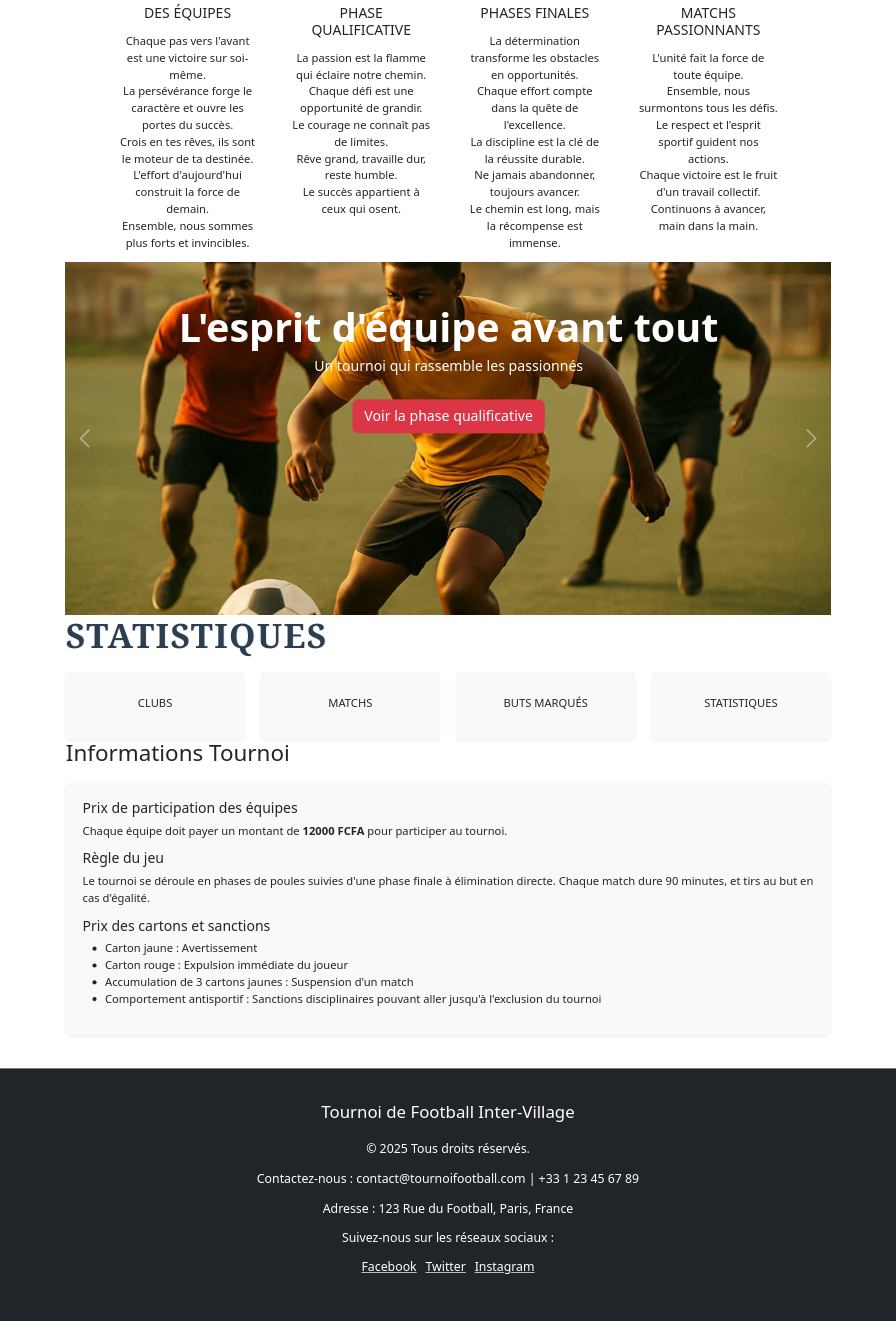
Repository: KILAYOSSI/tournoi_foot
Page: templates/pages/home.html.twig
These files come from the project's save history. The page is drawn as it stood at one moment and after the next save; the edit follows.
The browser window is 1280 px wide. The pictures show the part of the page from y = 655 to 2575 px (the page is 2543 px tall before and 2575 px after), at 70% of full size.
The page is a Twig template of a Symfony application; nobody is signed in and links lead nowhere. The template is opened directly, without the code that normally fills it, so the values that code supplies are empty.

Above is the page before, as saved 2025-06-27 02:02:31.

### templates/pages/home.html.twig
{% extends 'base.html.twig' %}

{% block title %}Accueil - Tournoi de Football Inter-Village{% endblock %}

{% block body %}
<div class="container my-5">
    <section class="hero-section position-relative rounded overflow-hidden mb-5" style="height: 400px; border-radius: 0.5rem; background: url('{{ asset('assets/WhatsApp Image 2025-06-25 à 09.55.04_cf4f687a.jpg') }}') center center / cover no-repeat;">
        <div class="overlay position-absolute top-0 start-0 w-100 h-100" style="background: rgba(0, 0, 0, 0.5);"></div>
        <div class="hero-content position-relative h-100 d-flex flex-column justify-content-end align-items-center text-white text-center px-3">
            <a href="{{ path('about') }}" class="btn btn-outline-light btn-lg rounded-pill" style="font-weight: 700; letter-spacing: 0.1em; margin-right: 1010px; margin-top: -10px; margin-bottom: 10px;">En savoir plus</a>
            <div class="ticker-container mt-3 w-100" style="position: relative; background-color: rgba(255, 255, 255, 0.8); height: 40px; margin-top: 10px;">
                <div class="ticker-text">
                    Le prix de participation du tournoi est de 12000 FCFA. &nbsp;&nbsp;&nbsp;
                    Chaque équipe doit respecter les règles du jeu. &nbsp;&nbsp;&nbsp;
                    Les matchs durent 90 minutes avec prolongations si nécessaire. &nbsp;&nbsp;&nbsp;
                    Les cartons jaunes et rouges sont strictement appliqués. &nbsp;&nbsp;&nbsp;
                    Le fair-play est essentiel pour le bon déroulement du tournoi. &nbsp;&nbsp;&nbsp;
                </div>
            </div>
        </div>
    </section>
    <div class="icons-container mt-3">
        <div class="d-flex justify-content-center gap-5 flex-wrap text-center">
            <a href="{{ path('clubs_joueurs') }}" class="icon-text text-decoration-none text-dark" style="max-width: 200px;">
                <img src="{{ asset('assets/WhatsApp Image 2025-06-26 à 22.33.43_6d2c76fa.jpg') }}" alt="Icone 1" class="img-fluid mb-3" style="max-height: 150px; object-fit: contain;">
                <h5 class="mb-3">DES ÉQUIPES</h5>
                <p>
                    Chaque pas vers l'avant est une victoire sur soi-même.<br>
                    La persévérance forge le caractère et ouvre les portes du succès.<br>
                    Crois en tes rêves, ils sont le moteur de ta destinée.<br>
                    L'effort d'aujourd'hui construit la force de demain.<br>
                    Ensemble, nous sommes plus forts et invincibles.
                </p>
            </a>
            <a href="{{ path('phase_qualificative') }}" class="icon-text text-decoration-none text-dark" style="max-width: 200px;">
                <img src="{{ asset('assets/WhatsApp Image 2025-06-26 à 22.33.43_91d2cb3c.jpg') }}" alt="Icone 2" class="img-fluid mb-3" style="max-height: 150px; object-fit: contain;">
                <h5 class="mb-3">PHASE QUALIFICATIVE</h5>
                <p>
                    La passion est la flamme qui éclaire notre chemin.<br>
                    Chaque défi est une opportunité de grandir.<br>
                    Le courage ne connaît pas de limites.<br>
                    Rêve grand, travaille dur, reste humble.<br>
                    Le succès appartient à ceux qui osent.
                </p>
            </a>
            <a href="{{ path('phase_finale') }}" class="icon-text text-decoration-none text-dark" style="max-width: 200px;">
                <img src="{{ asset('assets/WhatsApp Image 2025-06-26 à 22.33.45_8dd9a1c0.jpg') }}" alt="Icone 3" class="img-fluid mb-3" style="max-height: 150px; object-fit: contain;">
                 <h5 class="mb-3">PHASES FINALES</h5>
                <p>
                    La détermination transforme les obstacles en opportunités.<br>
                    Chaque effort compte dans la quête de l'excellence.<br>
                    La discipline est la clé de la réussite durable.<br>
                    Ne jamais abandonner, toujours avancer.<br>
                    Le chemin est long, mais la récompense est immense.
                </p>
            </a>
            <a href="{{ path('calendrier') }}" class="icon-text text-decoration-none text-dark" style="max-width: 200px;">
                <img src="{{ asset('assets/WhatsApp Image 2025-06-25 à 00.20.17_b34a09f6.jpg') }}" alt="Icone 4" class="img-fluid mb-3" style="max-height: 150px; object-fit: contain;">
                 <h5 class="mb-3">MATCHS PASSIONNANTS</h5>
                <p>
                    L'unité fait la force de toute équipe.<br>
                    Ensemble, nous surmontons tous les défis.<br>
                    Le respect et l'esprit sportif guident nos actions.<br>
                    Chaque victoire est le fruit d'un travail collectif.<br>
                    Continuons à avancer, main dans la main.
                </p>
            </a>
        </div>
    </div>
<section id="heroCarousel" class="carousel slide carousel-fade" data-bs-ride="carousel" data-bs-interval="3000" data-bs-pause="false" style="height: 70vh; overflow: hidden;">
        <div class="carousel-inner h-100">
            <div class="carousel-item active carousel-item" style="background: url('{{ asset('assets/WhatsApp Image 2025-06-02 à 13.04.58_57d057cd.jpg') }}') center center / cover no-repeat; height: 70vh; position: relative; animation: kenBurnsZoom 20s ease-in-out infinite;">
                <div class="carousel-caption d-flex flex-column justify-content-center align-items-center h-100 text-center text-white" style="bottom: 20%;">
                    <h1 class="display-4 fw-bold animate__animated animate__fadeInDown">Vivez la passion du football</h1>
                    <p class="lead animate__animated animate__fadeInUp">Rejoignez-nous pour un tournoi inoubliable</p>
                    <a href="{{ path('clubs_joueurs') }}" class="btn btn-primary btn-lg mt-3 animate__animated animate__fadeInUp">Découvrir les équipes</a>
                </div>
            </div>
            <div class="carousel-item carousel-item" style="background: url('{{ asset('assets/WhatsApp Image 2025-06-26 à 02.39.00_f792be52.jpg') }}') center center / cover no-repeat; height: 70vh; position: relative; animation: kenBurnsZoom 20s ease-in-out infinite;">
                <div class="carousel-caption d-flex flex-column justify-content-center align-items-center h-100 text-center text-white" style="bottom: 20%;">
                    <h1 class="display-4 fw-bold animate__animated animate__fadeInDown">L'esprit d'équipe avant tout</h1>
                    <p class="lead animate__animated animate__fadeInUp">Un tournoi qui rassemble les passionnés</p>
                    <a href="{{ path('phase_qualificative') }}" class="btn btn-danger btn-lg mt-3 animate__animated animate__fadeInUp">Voir la phase qualificative</a>
                </div>
            </div>
            <div class="carousel-item carousel-item" style="background: url('{{ asset('assets/WhatsApp Image 2025-06-26 à 22.33.44_536a08b8.jpg') }}') center center / cover no-repeat; height: 70vh; position: relative; animation: kenBurnsZoom 20s ease-in-out infinite;">
                <div class="carousel-caption d-flex flex-column justify-content-center align-items-center h-100 text-center text-white" style="bottom: 20%;">
                    <h1 class="display-4 fw-bold animate__animated animate__fadeInDown">Vivez l'émotion des phases finales</h1>
                    <p class="lead animate__animated animate__fadeInUp">Des matchs intenses et passionnants</p>
                    <a href="{{ path('phase_finale') }}" class="btn btn-success btn-lg mt-3 animate__animated animate__fadeInUp">Voir les phases finales</a>
                </div>
            </div>
        </div>
        <button class="carousel-control-prev" type="button" data-bs-target="#heroCarousel" data-bs-slide="prev" style="width: 5%;">
            <span class="carousel-control-prev-icon" aria-hidden="true"></span>
            <span class="visually-hidden">Précédent</span>
        </button>
        <button class="carousel-control-next" type="button" data-bs-target="#heroCarousel" data-bs-slide="next" style="width: 5%;">
            <span class="carousel-control-next-icon" aria-hidden="true"></span>
            <span class="visually-hidden">Suivant</span>
        </button>
    </section>

    <style>
        @keyframes kenBurnsZoom {
            0% {
                transform: scale(1) translate(0, 0);
            }
            50% {
                transform: scale(1.1) translate(10px, 10px);
            }
            100% {
                transform: scale(1) translate(0, 0);
            }
        }
        .carousel-item {
            height: 100vh;
            background-size: cover;
            background-position: center;
            position: relative;
        }
        .carousel-caption {
            bottom: 20%;
            animation: fadeInUp 1s ease-in-out;
        }
        @keyframes fadeInUp {
            from {
                opacity: 0;
                transform: translate3d(0, 40px, 0);
            }
            to {
                opacity: 1;
                transform: none;
            }
        }
        @media (max-width: 768px) {
            .carousel-caption h1 {
                font-size: 1.8rem;
            }
            .carousel-caption p {
                font-size: 1rem;
            }
            .carousel-caption .btn {
                font-size: 0.9rem;
                padding: 0.5rem 1rem;
            }
        }
    </style>




    <section>
        <h2 class="mb-4" style="font-family: 'Georgia', serif; font-weight: 700; font-size: 3rem; color: #2c3e50; text-shadow: 1px 1px 2px rgba(0,0,0,0.1); letter-spacing: 2px;">STATISTIQUES</h2>
        <div class="row text-center g-4">
            <div class="col-md-3">
                <div class="stat-card p-4 rounded shadow-sm bg-light number-font number-animated number-test">
            <h3 class="fw-bold display-1">{{ clubsCount }}</h3>
            <p>CLUBS</p>
                </div>
            </div>
            <div class="col-md-3">
                <div class="stat-card p-4 rounded shadow-sm bg-light number-font number-animated number-test">
            <h3 class="fw-bold display-1">{{ matchsCount }}</h3>
            <p>MATCHS</p>
                </div>
            </div>
            <div class="col-md-3">
                <div class="stat-card p-4 rounded shadow-sm bg-light number-font number-animated number-test">
            <h3 class="fw-bold display-1">{{ butsCount }}</h3>
            <p>BUTS MARQUÉS</p>
                </div>
            </div>
            <div class="col-md-3">
                <div class="stat-card p-4 rounded shadow-sm bg-light number-font number-animated number-test">
            <h3 class="fw-bold display-1">{{ statistiquesCount }}</h3>
            <p>STATISTIQUES</p>
                </div>
            </div>
        </div>
    </section>

    <section class="mb-5">
        <h2 class="mb-4">Informations Tournoi</h2>
        <div class="p-4 rounded shadow-sm bg-light">
            <h5>Prix de participation des équipes</h5>
            <p>Chaque équipe doit payer un montant de <strong>12000 FCFA</strong> pour participer au tournoi.</p>
            <h5>Règle du jeu</h5>
            <p>Le tournoi se déroule en phases de poules suivies d'une phase finale à élimination directe. Chaque match dure 90 minutes, et tirs au but en cas d'égalité.</p>
            <h5>Prix des cartons et sanctions</h5>
            <ul>
                <li>Carton jaune : Avertissement</li>
                <li>Carton rouge : Expulsion immédiate du joueur</li>
                <li>Accumulation de 3 cartons jaunes : Suspension d'un match</li>
                <li>Comportement antisportif : Sanctions disciplinaires pouvant aller jusqu'à l'exclusion du tournoi</li>
            </ul>
        </div>
    </section>
</div>
{% endblock %}

### templates/base.html.twig
<!DOCTYPE html>
<html lang="fr">
<head>
    <meta charset="UTF-8" />
    <meta name="viewport" content="width=device-width, initial-scale=1" />
    <title>{% block title %}Tournoi de Football Inter-Village{% endblock %}</title>
    <link href="https://cdn.jsdelivr.net/npm/bootstrap@5.3.0/dist/css/bootstrap.min.css" rel="stylesheet" />
    <link rel="stylesheet" href="{{ asset('css/style.css') }}" />
    <link rel="stylesheet" href="{{ asset('css/custom_home.css') }}" />
    {% block stylesheets %}{% endblock %}
</head>
<body>
    <header>
        <nav class="navbar navbar-expand-lg fixed-top" style="background: linear-gradient(90deg, #4b6cb7 0%, #182848 100%); box-shadow: 0 4px 6px rgba(0,0,0,0.1);">
            <div class="container">
                <a class="navbar-brand d-flex align-items-center" href="{{ path('home') }}" style="font-weight: bold; font-size: 1.5rem; color: white; text-shadow: 0 0 5px rgba(255,255,255,0.7);">
<img src="{{ asset('assets/WhatsApp Image 2025-06-23 à 13.44.55_704b8a70.jpg') }}" alt="Logo" height="80" class="d-inline-block align-text-top me-2" style="filter: drop-shadow(0 0 5px #fff); border-radius: 0.5rem; max-height: 100px; max-width: 100px; object-fit: contain;"/>
                    <span style="background: linear-gradient(45deg, #ff6a00, #ee0979); -webkit-background-clip: text; -webkit-text-fill-color: transparent;">Tournoi Foot</span>
                </a>
                <button
                    class="navbar-toggler border-0"
                    type="button"
                    data-bs-toggle="collapse"
                    data-bs-target="#megaNavbar"
                    aria-controls="megaNavbar"
                    aria-expanded="false"
                    aria-label="Toggle navigation"
                >
                    <span class="navbar-toggler-icon" style="filter: invert(1);"></span>
                </button>

                <div class="collapse navbar-collapse" id="megaNavbar">
                    <ul class="navbar-nav ms-auto mb-2 mb-lg-0 fw-semibold">
                        <li class="nav-item">
                            <a class="nav-link text-white d-flex align-items-center" href="{{ path('home') }}">
                                <i class="fas fa-home me-1"></i> Accueil
                            </a>
                        </li>
                        <li class="nav-item dropdown">
                            <a class="nav-link dropdown-toggle text-white d-flex align-items-center" href="#" id="servicesDropdown" role="button" data-bs-toggle="dropdown" aria-expanded="false">
                                <i class="fas fa-star me-1"></i> Services
                            </a>
                            <ul class="dropdown-menu dropdown-menu-dark" aria-labelledby="servicesDropdown" style="background: linear-gradient(135deg, #667eea, #764ba2); border: none; box-shadow: 0 4px 10px rgba(0,0,0,0.3);">
                                <li><a class="dropdown-item text-white" href="{{ path('vote') }}"><i class="fas fa-vote-yea me-2"></i> Vote</a></li>
                                <li><a class="dropdown-item text-white" href="{{ path('match_du_jour') }}"><i class="fas fa-futbol me-2"></i> Matchs du jour</a></li>
                                <li><a class="dropdown-item text-white" href="{{ path('statistiques') }}"><i class="fas fa-chart-bar me-2"></i> Statistiques</a></li>
                                <li><a class="dropdown-item text-white" href="{{ path('calendrier') }}"><i class="fas fa-calendar-alt me-2"></i> Calendrier</a></li>
                                <li><a class="dropdown-item text-white" href="{{ path('clubs_joueurs') }}"><i class="fas fa-users me-2"></i> Clubs & Joueurs</a></li>
                            </ul>
                        </li>
                        <li class="nav-item">
                            <a class="nav-link text-white d-flex align-items-center" href="{{ path('about') }}">
                                <i class="fas fa-info-circle me-1"></i> Qui sommes-nous ?
                            </a>
                        </li>
                        <li class="nav-item">
                            {# Suppression du menu Contact #}
                        </li>
                    </ul>
                </div>
            </div>
        </nav>
    </header>

    <main class="container my-4">
        {% block body %}{% endblock %}
    </main>

    <footer class="bg-dark text-white text-center py-5" style="min-height: 300px;">
        <div class="container">
            <h4 class="mb-4">Tournoi de Football Inter-Village</h4>
            <p>© {{ "now"|date("Y") }} Tous droits réservés.</p>
            <p>Contactez-nous : contact@tournoifootball.com | +33 1 23 45 67 89</p>
            <p>Adresse : 123 Rue du Football, Paris, France</p>
            <p>Suivez-nous sur les réseaux sociaux :</p>
            <ul class="list-inline">
                <li class="list-inline-item"><a href="#" class="text-white">Facebook</a></li>
                <li class="list-inline-item"><a href="#" class="text-white">Twitter</a></li>
                <li class="list-inline-item"><a href="#" class="text-white">Instagram</a></li>
            </ul>
        </div>
    </footer>

    <script src="https://cdn.jsdelivr.net/npm/bootstrap@5.3.0/dist/js/bootstrap.bundle.min.js"></script>
    {% block javascripts %}
    {% endblock %}
</body>
</html>

### public/css/style.css
/* Style CSS with hover effect green, enlarged statistics title and numbers */

.navbar-nav .nav-link.dropdown-toggle.fs-4.fw-bold.text-danger {
    color: #28a745 !important; /* green color */
}

.navbar-nav .dropdown-menu {
    border: 2px solid #28a745 !important; /* green border */
}

.navbar-nav .nav-link.statistiques-link {
    font-size: 1.2rem;
    font-weight: bold;
    color: #28a745 !important;
}

.cartons-table tbody tr:hover {
    transform: translateY(-5px);
    background-color: #d4edda; /* light green background on hover */
}

h1.text-center.mb-4.fw-bold {
    font-size: 2.5rem !important; /* enlarged title */
    color: #28a745 !important;
}

/* Additional styling for footer */
footer.bg-dark.text-white.text-center.py-5 {
    font-size: 1.1rem;
}

/* Add any other styles you remember from your modifications here */

### public/css/custom_home.css
.custom-margin {
    margin-right: 20px !important;
    float: left !important;
}

.margin-right-only {
    margin-right: 20px !important;
}

/* Styles pour le ticker d'informations défilantes */
.ticker-container {
    width: 100%;
    overflow: hidden;
    background-color: transparent;
    border-top: 1px solid #000;
    border-bottom: 1px solid #000;
    padding: 10px 0;
    box-sizing: border-box;
    position: relative;
    height: 30px;
}

.ticker-text {
    display: inline-block;
    white-space: nowrap;
    color: black;
    font-size: 1rem;
    position: absolute;
    will-change: transform;
    animation: ticker-scroll 15s linear infinite;
}

@keyframes ticker-scroll {
    0% {
        transform: translateX(100%);
    }
    100% {
        transform: translateX(-100%);
    }
}

After the next save:
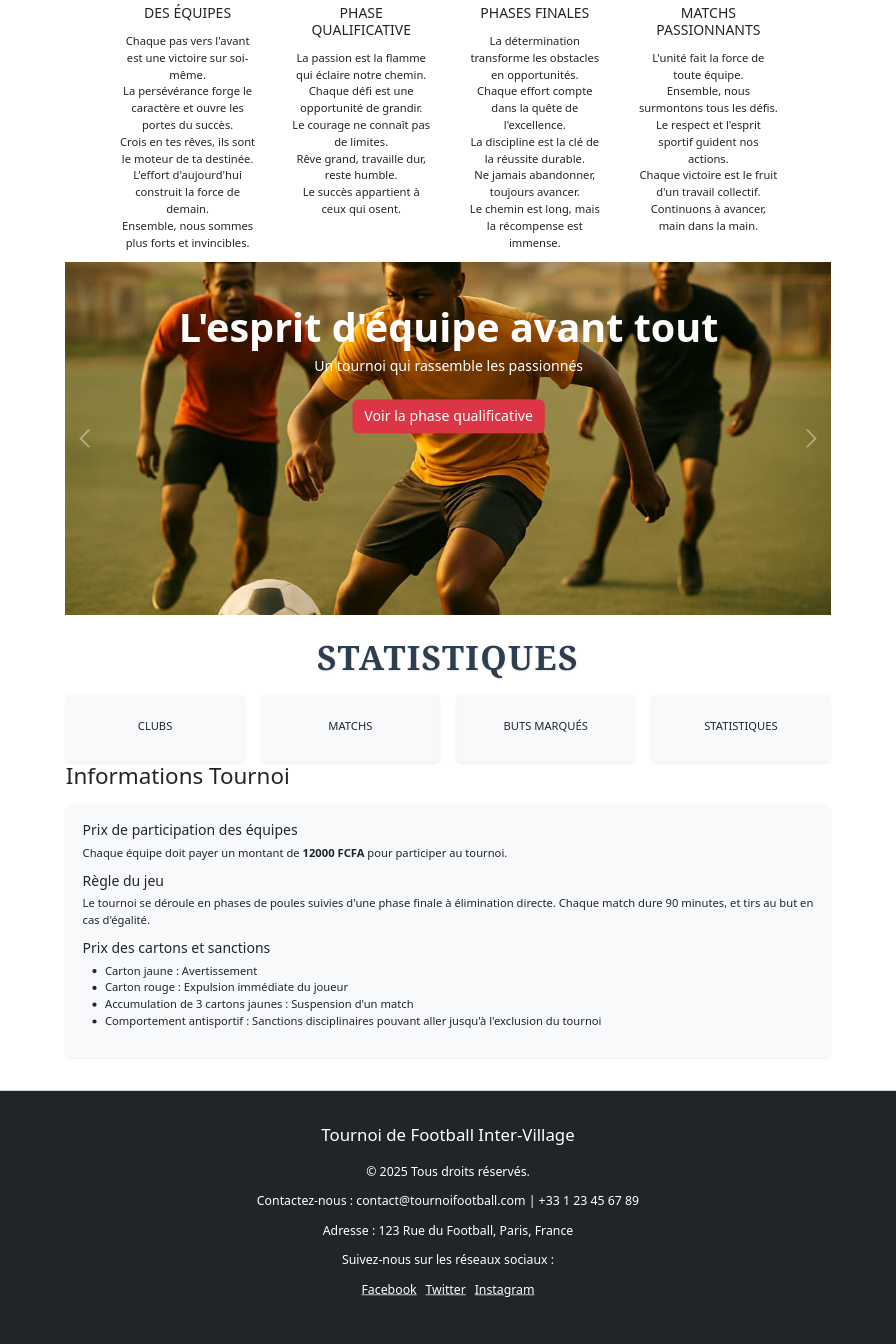
Saved 3 min 41 s later.
--- a/templates/pages/home.html.twig
+++ b/templates/pages/home.html.twig
@@ -151,7 +151,7 @@
 
 
     <section>
-        <h2 class="mb-4" style="font-family: 'Georgia', serif; font-weight: 700; font-size: 3rem; color: #2c3e50; text-shadow: 1px 1px 2px rgba(0,0,0,0.1); letter-spacing: 2px;">STATISTIQUES</h2>
+        <h2 class="mb-4 text-center" style="font-family: 'Georgia', serif; font-weight: 700; font-size: 3rem; color: #2c3e50; text-shadow: 1px 1px 2px rgba(0,0,0,0.1); letter-spacing: 2px; margin-top: 2rem;">STATISTIQUES</h2>
         <div class="row text-center g-4">
             <div class="col-md-3">
                 <div class="stat-card p-4 rounded shadow-sm bg-light number-font number-animated number-test">
